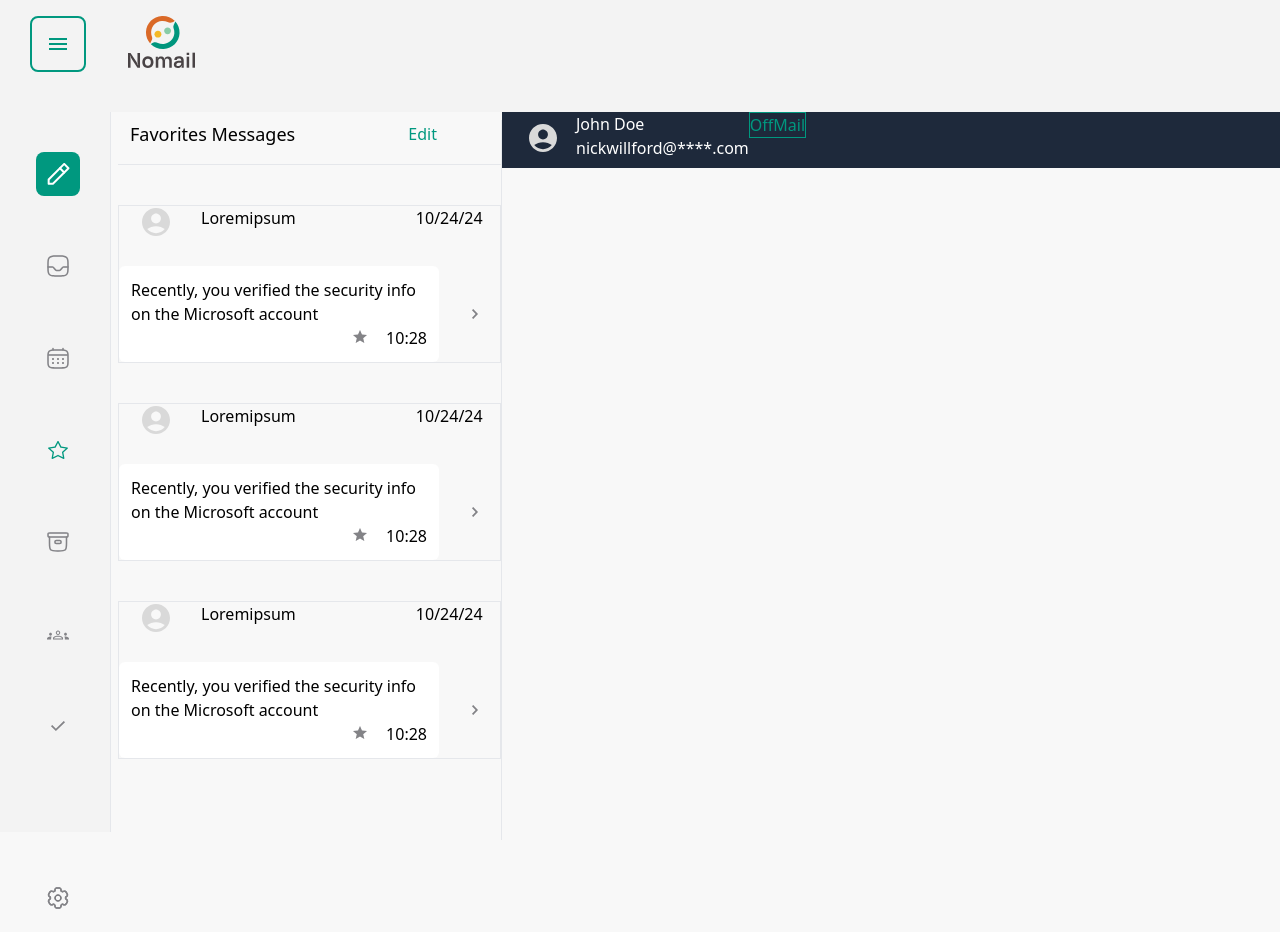
Repository: Tofigkh1/Nomail-Project
Page: /favorites (app in client/)
The author's editor kept a copy of each file at every save. The page is drawn from the files as they stood at one save, then again after a run of saves.
The browser window is 1280 px wide. The pictures show the whole page.
The project was rebuilt for these pictures with package versions that can differ from the ones it lists, and the page was loaded fresh each time. The framework's server and built-in components were replaced by stand-ins that run in the browser. Also part of the build but not shown: client/next.config.mjs, client/components/shared/svg/FavoritesSvg.jsx, client/components/shared/svg/calendarActiveSvg.jsx, client/components/shared/client/CheckBox/index.tsx.

Above is the page before, as saved 2024-11-22 03:05:45.

### client/app/layout.tsx

import type { Metadata } from "next";
import localFont from "next/font/local";
import "./Styles/globals.css";


const geistSans = localFont({
  src: "./fonts/GeistVF.woff",
  variable: "--font-geist-sans",
  weight: "100 900",
});
const geistMono = localFont({
  src: "./fonts/GeistMonoVF.woff",
  variable: "--font-geist-mono",
  weight: "100 900",
});

export const metadata: Metadata = {
  title: "Create Next App",
  description: "Generated by create next app",
};

export default function RootLayout({
  children,
}: Readonly<{
  children: React.ReactNode;
}>) {
  return (
    <html lang="en">
      <body
        className={`${geistSans.variable} ${geistMono.variable} antialiased`}
      >
        {children}

      </body>
    </html>
  );
}

### client/app/Styles/globals.css
@tailwind base;
@tailwind components;
@tailwind utilities;

body{
  background-color: #f8f8f8;
}

.App {
  font-family: sans-serif;
  text-align: center;
}


:root {
  --background: #ffffff;
  --foreground: #171717;
}

@media (prefers-color-scheme: dark) {
  :root {
    --background: #0a0a0a;
    --foreground: #ededed;
  }
}


@layer utilities {
  .text-balance {
    text-wrap: balance;
  }
}

### client/components/shared/client/Header/header.tsx
'use client';
import { useContext } from "react";
import { SidebarContext } from '../SideBarMenu/sideBarMenu'; // Import context
import NomailLogo from "@/components/shared/svg/headerlLogoSvg";
import HamburgerBtnSvg from "../../svg/hamburgerBtnSvg"



export default function Header() {

    const { expanded, setExpanded } = useContext(SidebarContext); // Access context

    return (
        <div className="flex items-center justify-between p-4 bg-headerColor text-white">
            <div className='w-auto h-20 flex gap-14'>

                <div>
                    <button onClick={() => setExpanded(!expanded)}
                            className="pl-3.5  hover:bg-clientButtonGreen w-14 h-11">
                        <HamburgerBtnSvg/>
                    </button>
                </div>

                <div>
                    <NomailLogo/>
                </div>


            </div>
        </div>
    );
}

### client/components/shared/client/SideBarMenu/sideBarMenu.tsx
'use client';
import React, {  useContext, ReactNode } from "react";
// import { ChevronFirst, ChevronLast } from "lucide-react";


export const SidebarContext = React.createContext<{ expanded: boolean; setExpanded: (expanded: boolean) => void; }>({
    expanded: false,
    setExpanded: () => {},
});

// Sidebar component now depends on context for state
export default function Sidebar({ children }: { children: ReactNode }) {
    const { expanded } = useContext(SidebarContext);

    return (
        <aside className="h-screen bg-headerColor">
            <nav
                className={`h-full flex flex-col bg-headerColor border-r border-whiteLight3 transition-all duration-200 ease-in-out ml-3 ${expanded ? "w-[127%] h-[130%] " : "w-[99px]"}`}>

                <ul className=" flex-1 px-3">{children}</ul>
            </nav>
        </aside>
    );
}

// SidebarItem component for individual items inside the sidebar
type SidebarItemProps = {
    icon: ReactNode;   // Icon to display in the sidebar item
    text: string;      // Text to display in the sidebar item
    active: boolean;   // Boolean to determine if the item is active (highlighted)
    onClick: () => void; // Add onClick function to handle clicks
    style?: React.CSSProperties;
};

export function SidebarItem({icon, text, active, onClick,style}: SidebarItemProps) {
    const context = useContext(SidebarContext); // Sidebar context to manage expanded/collapsed state
    const {expanded} = context!;

    return (

        <li
            onClick={onClick} // Attach the click handler here
            style={style}
            className={`group relative flex items-center py-2 px-3 my-1 font-medium rounded-md cursor-pointer transition-colors mt-8
                ${
                  active
                    ? "text-mainRedLight" // Active item style
                    : expanded || active // Eğer expanded true ise hover stilini ekle
                    ? "hover:bg-textColorGreen"
                    : "" // Expanded değilse hover stili olmasın
                }`}
        >

            <span className="text-xl transition-all duration-300 ease-in-out">
        {icon}
      </span>

            {/* Text büyütüldü ve boşluk artırıldı */}
            {expanded && (
                <span className="ml-4 text-xl text-black transition-all duration-300 ease-in-out ">
          {text}
        </span>
            )}


            {!expanded && (
                <span
                    className={` absolute left-full whitespace-nowrap bg-textColorGreen text-white rounded-md py-1 px-2 transition-all duration-300 ease-in-out ml-2 opacity-0 group-hover:opacity-100`}
                >
          {text}
        </span>
            )}
        </li>
    );
}

### client/components/shared/svg/newMail.jsx
'use client'
export default function  newMail(){
    return(
        <>
            <svg width="44" height="44" viewBox="0 0 44 44" fill="none" xmlns="http://www.w3.org/2000/svg">
                <rect width="44" height="44" rx="8" fill="#00987F"/>
                <path fill-rule="evenodd" clip-rule="evenodd"
                      d="M27.5115 11.2439C27.902 10.8534 28.5351 10.8534 28.9257 11.2438L33.1687 15.4863C33.3562 15.6739 33.4616 15.9282 33.4616 16.1935C33.4616 16.4587 33.3562 16.7131 33.1687 16.9006L17.6122 32.4571C17.4247 32.6446 17.1703 32.75 16.9051 32.75H12.6626C12.1103 32.75 11.6626 32.3023 11.6626 31.75V27.5075C11.6626 27.2423 11.768 26.9879 11.9555 26.8004L27.5115 11.2439ZM28.2187 13.3652L13.6626 27.9217V30.75H16.4909L31.0473 16.1935L28.2187 13.3652Z"
                      fill="white"/>
                <path fill-rule="evenodd" clip-rule="evenodd"
                      d="M23.269 15.4864C23.6595 15.0959 24.2927 15.0959 24.6832 15.4864L28.9257 19.7289C29.3162 20.1194 29.3162 20.7526 28.9257 21.1431C28.5352 21.5336 27.902 21.5336 27.5115 21.1431L23.269 16.9006C22.8784 16.5101 22.8784 15.8769 23.269 15.4864Z"
                      fill="white"/>
            </svg>


        </>
    )
}

### client/components/shared/svg/ArchiveSvg.jsx
'use client'
export default function archiveSvg(){
    return(
        <>
            <svg width="44" height="44" viewBox="0 0 44 44" fill="none" xmlns="http://www.w3.org/2000/svg">
                <path
                    d="M19 22C19 21.534 19 21.301 19.076 21.117C19.1777 20.8725 19.3723 20.6783 19.617 20.577C19.801 20.5 20.034 20.5 20.5 20.5H23.5C23.966 20.5 24.199 20.5 24.383 20.576C24.6275 20.6777 24.8217 20.8723 24.923 21.117C25 21.301 25 21.534 25 22C25 22.466 25 22.699 24.924 22.883C24.8223 23.1275 24.6277 23.3217 24.383 23.423C24.199 23.5 23.966 23.5 23.5 23.5H20.5C20.034 23.5 19.801 23.5 19.617 23.424C19.3725 23.3223 19.1783 23.1277 19.077 22.883C19 22.699 19 22.466 19 22Z"
                    stroke="#A4A4A9" stroke-width="1.5"/>
                <path
                    d="M19 22C19 21.534 19 21.301 19.076 21.117C19.1777 20.8725 19.3723 20.6783 19.617 20.577C19.801 20.5 20.034 20.5 20.5 20.5H23.5C23.966 20.5 24.199 20.5 24.383 20.576C24.6275 20.6777 24.8217 20.8723 24.923 21.117C25 21.301 25 21.534 25 22C25 22.466 25 22.699 24.924 22.883C24.8223 23.1275 24.6277 23.3217 24.383 23.423C24.199 23.5 23.966 23.5 23.5 23.5H20.5C20.034 23.5 19.801 23.5 19.617 23.424C19.3725 23.3223 19.1783 23.1277 19.077 22.883C19 22.699 19 22.466 19 22Z"
                    stroke="black" stroke-opacity="0.2" stroke-width="1.5"/>
                <path
                    d="M30.5 17V23C30.5 26.771 30.5 28.657 29.328 29.828C28.157 31 26.271 31 22.5 31H21.5C17.729 31 15.843 31 14.672 29.828C13.5 28.657 13.5 26.771 13.5 23V17"
                    stroke="#A4A4A9" stroke-width="1.5" stroke-linecap="round"/>
                <path
                    d="M30.5 17V23C30.5 26.771 30.5 28.657 29.328 29.828C28.157 31 26.271 31 22.5 31H21.5C17.729 31 15.843 31 14.672 29.828C13.5 28.657 13.5 26.771 13.5 23V17"
                    stroke="black" stroke-opacity="0.2" stroke-width="1.5" stroke-linecap="round"/>
                <path
                    d="M12 15C12 14.057 12 13.586 12.293 13.293C12.586 13 13.057 13 14 13H30C30.943 13 31.414 13 31.707 13.293C32 13.586 32 14.057 32 15C32 15.943 32 16.414 31.707 16.707C31.414 17 30.943 17 30 17H14C13.057 17 12.586 17 12.293 16.707C12 16.414 12 15.943 12 15Z"
                    stroke="#A4A4A9" stroke-width="1.5"/>
                <path
                    d="M12 15C12 14.057 12 13.586 12.293 13.293C12.586 13 13.057 13 14 13H30C30.943 13 31.414 13 31.707 13.293C32 13.586 32 14.057 32 15C32 15.943 32 16.414 31.707 16.707C31.414 17 30.943 17 30 17H14C13.057 17 12.586 17 12.293 16.707C12 16.414 12 15.943 12 15Z"
                    stroke="black" stroke-opacity="0.2" stroke-width="1.5"/>
            </svg>

        </>
    )
}

### client/components/shared/svg/TodoSvg.jsx
'use client'
export default function  todoSvg(){
    return(
        <>
            <svg width="44" height="44" viewBox="0 0 44 44" fill="none" xmlns="http://www.w3.org/2000/svg">
                <path d="M19.8957 27L15 22.2599L16.2239 21.0748L19.8957 24.6299L27.7761 17L29 18.185L19.8957 27Z"
                      fill="#A4A4A9"/>
                <path d="M19.8957 27L15 22.2599L16.2239 21.0748L19.8957 24.6299L27.7761 17L29 18.185L19.8957 27Z"
                      fill="black" fill-opacity="0.2"/>
            </svg>

        </>
    )
}

### client/components/shared/svg/FavoritesActiveSvg.jsx
'use client'
export default function  favoritesActiveSvg(){
    return(
        <>
        <svg width="44" height="44" viewBox="0 0 44 44" fill="none" xmlns="http://www.w3.org/2000/svg">
<path d="M15.5808 30.2201C15.4833 30.7528 16.0307 31.1692 16.5132 30.9316L22.0006 28.2246L27.4868 30.9316C27.9693 31.1692 28.5168 30.7528 28.4193 30.2213L27.3818 24.5457L31.7842 20.5188C32.1967 20.142 31.9842 19.4533 31.4317 19.3789L25.3093 18.5438L22.5794 13.3517C22.5274 13.2465 22.4453 13.1576 22.3428 13.0953C22.2402 13.0331 22.1214 13 22 13C21.8787 13 21.7598 13.0331 21.6573 13.0953C21.5547 13.1576 21.4727 13.2465 21.4206 13.3517L18.6907 18.545L12.5683 19.3801C12.0171 19.4545 11.8033 20.1432 12.2146 20.52L16.6182 24.5469L15.5808 30.2225V30.2201ZM21.7119 26.8999L17.1045 29.1725L17.972 24.4245C17.9928 24.3152 17.9852 24.2026 17.9496 24.0969C17.914 23.9911 17.8517 23.8955 17.7682 23.8185L14.1358 20.4948L19.2007 19.8037C19.3054 19.788 19.4046 19.7484 19.4901 19.6883C19.5756 19.6281 19.6448 19.5492 19.6919 19.4581L21.9981 15.0688L24.3068 19.4581C24.354 19.5492 24.4232 19.6281 24.5086 19.6883C24.5941 19.7484 24.6934 19.788 24.7981 19.8037L29.863 20.4936L26.2306 23.8173C26.1469 23.8944 26.0844 23.9903 26.0488 24.0962C26.0133 24.2022 26.0057 24.315 26.0268 24.4245L26.8943 29.1725L22.2869 26.8999C22.1979 26.8555 22.0991 26.8324 21.9988 26.8324C21.8985 26.8324 21.8009 26.8555 21.7119 26.8999Z" fill="#00987F"/>
</svg>



        </>
    )
}

### client/components/shared/client/FavoritesMessage/index.tsx
// import CheckboxComponent from "../CheckBox";
// import SearchIconSvg from "../../svg/SearchIconSvg";
import ProfileSvg from "../../../../components/shared/svg/ProfileSvg"
import MessageArrovSvg from "../../../../components/shared/svg/MessageArrovSvg"
import { useState } from "react";
import CheckboxComponent from "../CheckBox";
import StarSvg from "../../../../components/shared/svg/starSvg"


export default function FavoritesMessage() {
    const [editMode, setEditMode] = useState(false);

    const handleEditClick = () => {
        setEditMode(!editMode);
    };
    return (
        <>
            <div className='w-96 h-screen border-r border-whiteLight3 '>







                <div className='flex text-textColGreen font-medium justify-between mt-2'>
                <h1 className="text-black ml-3 text-lg">Favorites Messages</h1>
                <button className={ editMode? 'mr-12 bg-gray-400 rounded-lg w-16 h-8 text-white': 'mr-16' } onClick={handleEditClick}>
                            {editMode ? "Done" : "Edit"}
                        </button>
                </div>
                <div className="border-b border-whiteLight3 mt-4 w-full"></div>
                {[...Array(3)].map((_, index) => (
                        <div key={index}>
                <div className=" border border-r border-whiteLight3 mt-10">
                {editMode && <CheckboxComponent />}
                    <div className=" flex gap-36 ml-3">



                <div className=" flex gap-5">
                <ProfileSvg/>
                <div className=" flex">
                <h1>Lorem</h1>
                <h1>ipsum</h1>
                </div>


                </div>

                <div>
                <h1 className=" -ml-6">10/24/24</h1>
                </div>

                </div>


<div className=" mt-7 flex items-center ">
                <div className="  bg-white rounded-md w-80 h-24 p-3">
                    <p>Recently, you verified the security info on the Microsoft account </p>
                    <div className=" flex justify-end right-0 ml-7 gap-4">
                    <StarSvg/>
                    <h1>10:28</h1>
                    </div>



                </div>

                <div className="ml-5">
                    <MessageArrovSvg/>
                </div>

                </div>
                </div>
</div>
  ))}

                {/* <div className=" border border-whiteLight3 w-full pt-7 mt-5">

<div className=" flex gap-36 ml-3">



<div className=" flex gap-5">
<ProfileSvg/>
<h1>Lorem Ipsum</h1>

</div>

<div>
<h1 className="">10/24/24</h1>
</div>

</div>


<div className=" mt-7 flex items-center ">
<div className="  bg-white rounded-md w-80 h-24 p-3">
<p>Recently, you verified the security info on the Microsoft account </p>
</div>

<div className="ml-5">
<MessageArrovSvg/>
</div>

</div>
</div>


<div className=" border border-whiteLight3 w-full pt-7 mt-5">

<div className=" flex gap-36 ml-3">



<div className=" flex gap-5">
<ProfileSvg/>
<h1>Lorem Ipsum</h1>

</div>

<div>
<h1 className="">10/24/24</h1>
</div>

</div>


<div className=" mt-7 flex items-center ">
<div className="  bg-white rounded-md w-80 h-24 p-3">
<p>Recently, you verified the security info on the Microsoft account </p>
</div>

<div className="ml-5">
<MessageArrovSvg/>
</div>

</div>
</div> */}

            </div>
        </>
    );
}

### client/components/shared/client/messagesView/index.tsx
"use client";

import ProfileSvg from "../../svg/ProfileSvg";


export default function MessagesView() {



    return(

        <div>

        <header>
            <div className=" top-0 w-full h-14 bg-slate-800">

                <div className=" flex ">




                <div className=" flex gap-2">


                <div className=" pt-2.5 ml-4">
                <ProfileSvg/>
                </div>
                <div className=" text-white">
                    <h1>John Doe</h1>
                    <h1>nickwillford@****.com</h1>
                </div>
                </div>


                <div>
                    <button className=" border border-buttonColor text-buttonColor">
                        OffMail
                    </button>
                </div>

                </div>
            </div>
        </header>


        </div>

    )

}

### client/components/shared/svg/hamburgerBtnSvg.jsx
'use client'
export default function  HamburgerBtnSvg(){
    return(
        <>
            <svg width="56" height="56" viewBox="0 0 56 56" fill="none" xmlns="http://www.w3.org/2000/svg">
                <rect x="1" y="1" width="54" height="54" rx="7" stroke="#00987F" stroke-width="2"/>
                <path d="M19 22H37V24H19V22ZM19 27H37V29H19V27ZM19 32H37V34H19V32Z" fill="#00987F"/>
            </svg>


        </>
    )
}

### client/components/shared/svg/ProfileSvg.jsx
'use client'
export default function  ProfileSvg(){
    return(
        <>


            <svg width="50" height="32" viewBox="0 0 32 32" fill="none" xmlns="http://www.w3.org/2000/svg">
<g clip-path="url(#clip0_1904_19120)">
<path fill-rule="evenodd" clip-rule="evenodd" d="M16 2C8.2678 2 2 8.2678 2 16C2 23.7322 8.2678 30 16 30C23.7322 30 30 23.7322 30 16C30 8.2678 23.7322 2 16 2ZM11.1 12.5C11.1 11.8565 11.2267 11.2193 11.473 10.6249C11.7192 10.0304 12.0802 9.49018 12.5352 9.03518C12.9902 8.58017 13.5304 8.21924 14.1249 7.97299C14.7193 7.72674 15.3565 7.6 16 7.6C16.6435 7.6 17.2807 7.72674 17.8751 7.97299C18.4696 8.21924 19.0098 8.58017 19.4648 9.03518C19.9198 9.49018 20.2808 10.0304 20.527 10.6249C20.7733 11.2193 20.9 11.8565 20.9 12.5C20.9 13.7996 20.3838 15.0459 19.4648 15.9648C18.5459 16.8838 17.2996 17.4 16 17.4C14.7004 17.4 13.4541 16.8838 12.5352 15.9648C11.6162 15.0459 11.1 13.7996 11.1 12.5ZM24.7612 22.9776C23.7129 24.2955 22.3805 25.3597 20.8635 26.0908C19.3465 26.8219 17.684 27.2011 16 27.2C14.316 27.2011 12.6535 26.8219 11.1365 26.0908C9.61949 25.3597 8.28713 24.2955 7.2388 22.9776C9.5082 21.3494 12.605 20.2 16 20.2C19.395 20.2 22.4918 21.3494 24.7612 22.9776Z" fill="#D9D9D9"/>
</g>
<defs>
<clipPath id="clip0_1904_19120">
<rect width="32" height="32" fill="white"/>
</clipPath>
</defs>
</svg>


        </>
    )
}

### client/components/shared/svg/MessageArrovSvg.jsx
'use client'
export default function  MessageArrovSvg(){
    return(
        <>




            <svg width="32" height="32" viewBox="0 0 32 32" fill="none" xmlns="http://www.w3.org/2000/svg">
<path fill-rule="evenodd" clip-rule="evenodd" d="M14.2 11L19 16L14.2 21L13 19.75L16.6 16L13 12.25L14.2 11Z" fill="#A4A4A9"/>
<path fill-rule="evenodd" clip-rule="evenodd" d="M14.2 11L19 16L14.2 21L13 19.75L16.6 16L13 12.25L14.2 11Z" fill="black" fill-opacity="0.2"/>
</svg>

        </>
    )
}

### client/components/shared/svg/starSvg.jsx
'use client'
export default function  starSvg(){
    return(
        <>




<svg width="20" height="20" viewBox="0 0 20 20" fill="none" xmlns="http://www.w3.org/2000/svg">
<path d="M5.6775 17L6.815 12.1934L3 8.96053L8.04 8.53289L10 4L11.96 8.53289L17 8.96053L13.185 12.1934L14.3225 17L10 14.4513L5.6775 17Z" fill="#A4A4A9"/>
<path d="M5.6775 17L6.815 12.1934L3 8.96053L8.04 8.53289L10 4L11.96 8.53289L17 8.96053L13.185 12.1934L14.3225 17L10 14.4513L5.6775 17Z" fill="black" fill-opacity="0.2"/>
</svg>

        </>
    )
}

### client/tailwind.config.ts
import type { Config } from "tailwindcss";

const config: Config = {
  content: [
    "./pages/**/*.{js,ts,jsx,tsx,mdx}",
    "./components/**/*.{js,ts,jsx,tsx,mdx}",
    "./app/**/*.{js,ts,jsx,tsx,mdx}",
  ],
  theme: {
    extend: {
      colors: {
        background: "var(--background)",
        foreground: "var(--foreground)",
        headerColor: "#F3F3F3",
        textColorGreen: "#00987F",
        textGray: "#A4A4A9",
        sideBarColor: "#E5E5E5",
        textColGreen: "#00987F",
        bordersColor: "#D1D1D6",
        buttonColor: "#00987F"
      },
    },
  },
  plugins: [],
};
export default config;

Loaded but not shown: client/components/shared/svg/settingSvg.jsx (25 lines, source omitted); client/components/shared/svg/calendarSvg.jsx (31 lines, source omitted); client/components/shared/svg/InboxSvg.jsx (17 lines, source omitted); client/components/shared/svg/groupSvg.jsx (17 lines, source omitted); client/app/favorites/page.tsx (120 lines, source omitted); client/components/shared/svg/headerlLogoSvg.jsx (38 lines, source omitted)

After the next 2 saves:
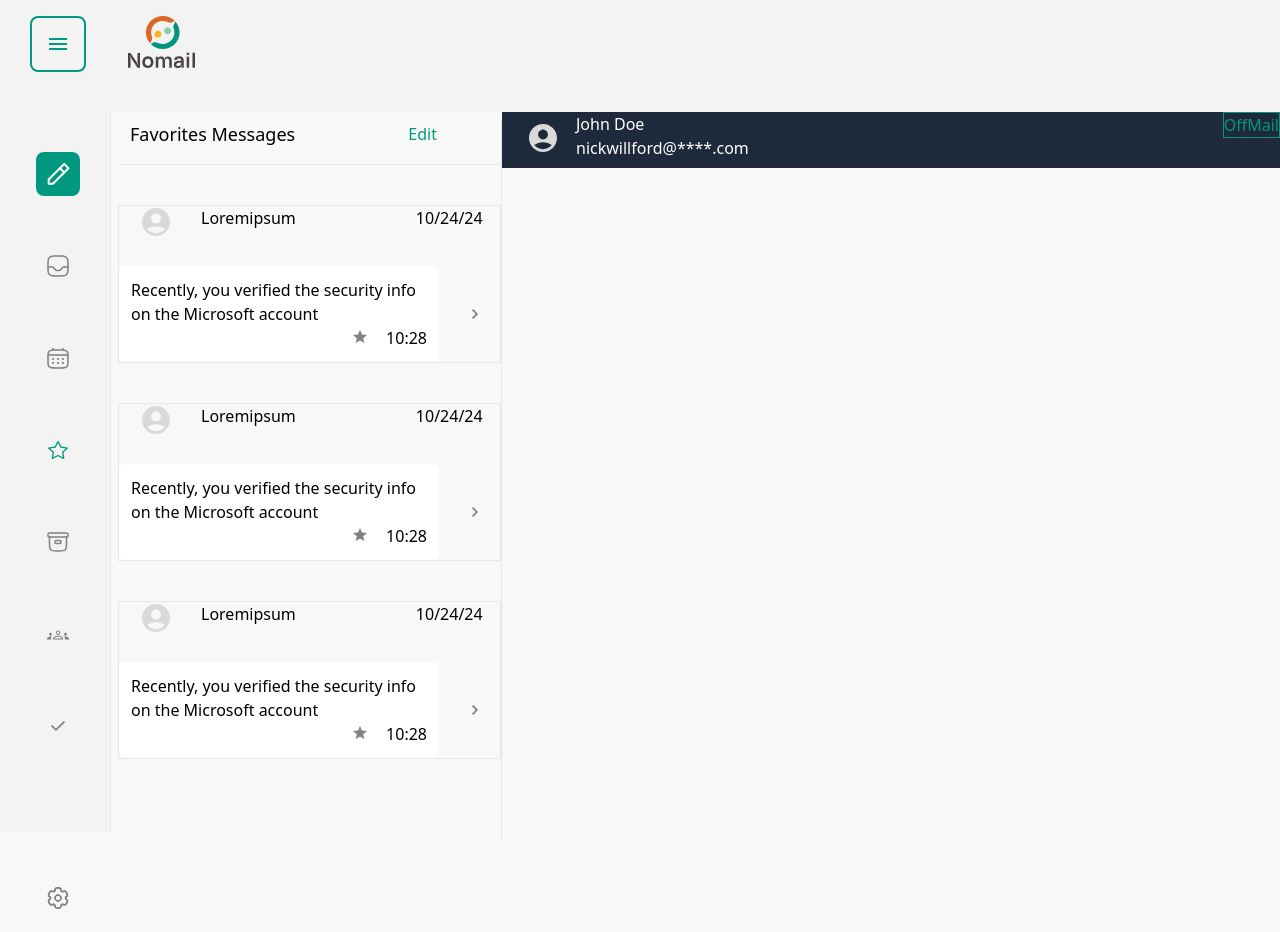
The 2 saves are shown as one change because they came seconds apart.
The last was saved 14 s later.
--- a/client/components/shared/client/messagesView/index.tsx
+++ b/client/components/shared/client/messagesView/index.tsx
@@ -14,7 +14,7 @@ export default function MessagesView() {
         <header>
             <div className=" top-0 w-full h-14 bg-slate-800">
 
-                <div className=" flex ">
+                <div className=" flex justify-between">
 
 
 
